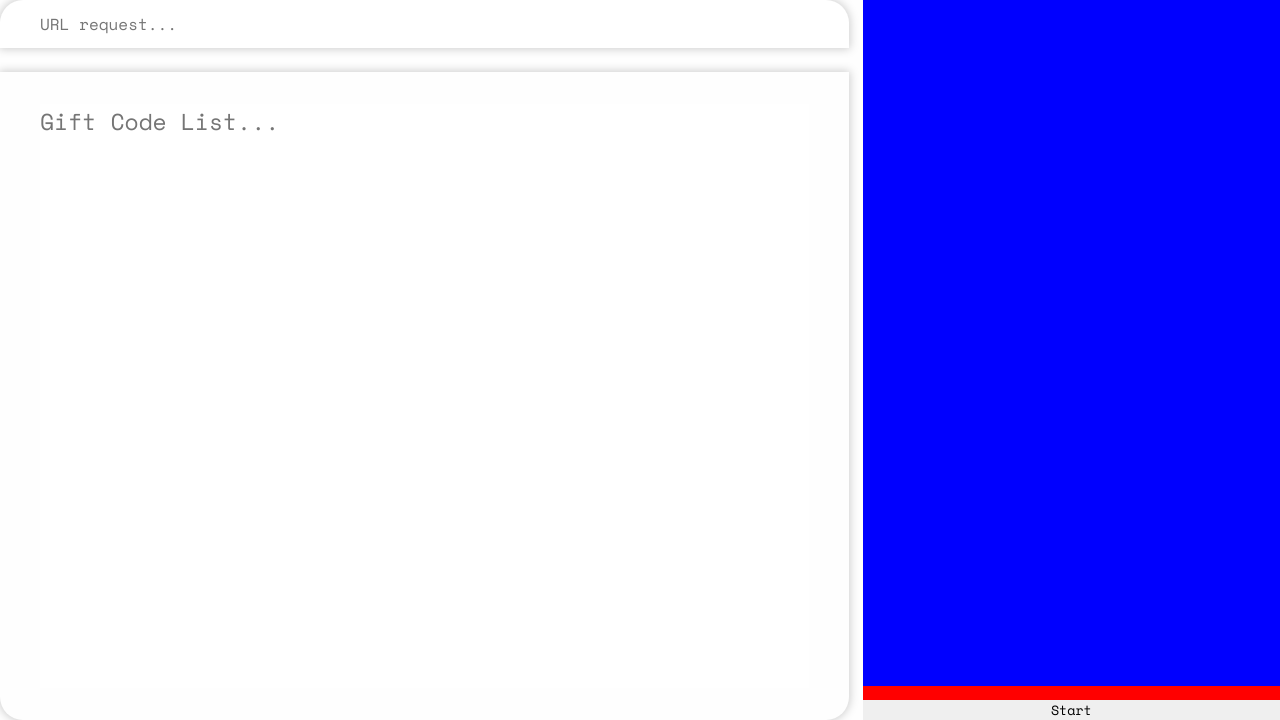
Repository: 777hanh777hanh/test
Page: index.html
The author's editor kept a copy of each file at every save. The page is drawn from the files as they stood at one save, then again after the next save.
The browser window is 1280 px wide. The pictures show the whole page.

Above is the page before, as saved 2023-06-30 17:26:24.

After the next save:
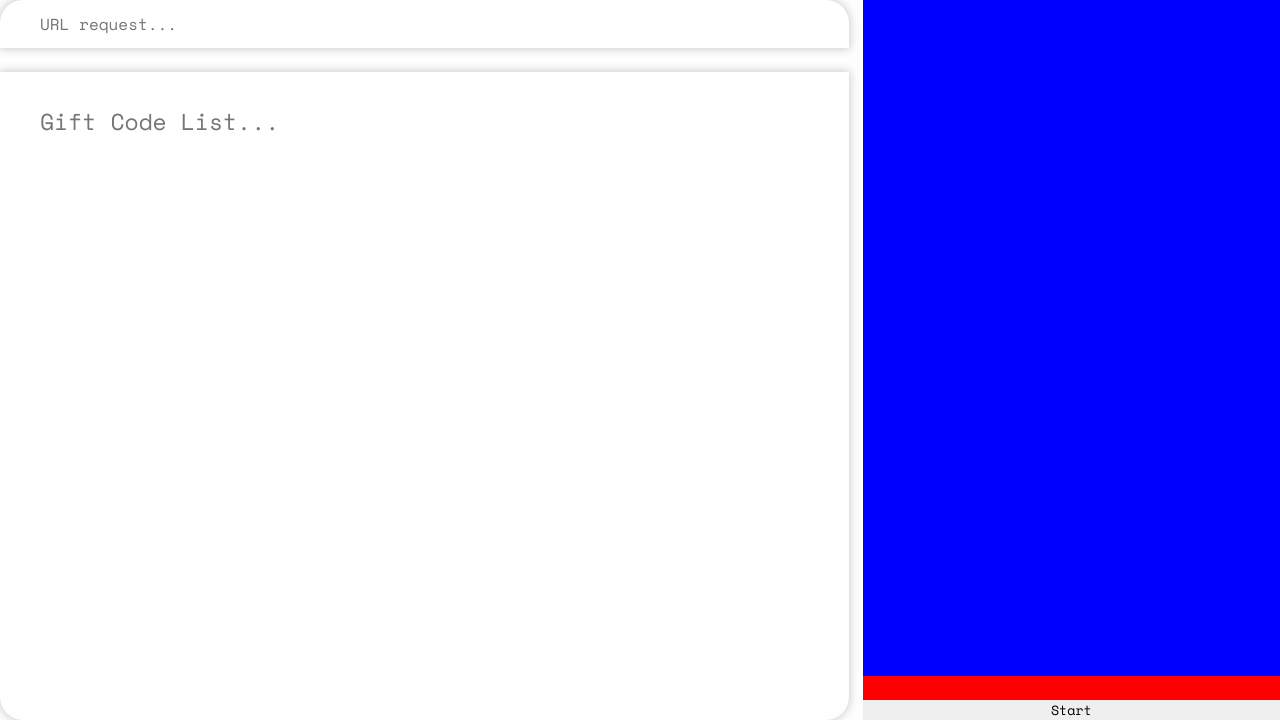
Saved 6 s later.
--- a/assets/css/style.css
+++ b/assets/css/style.css
@@ -85,7 +85,7 @@
     display: flex;
     flex-direction: column;
     background: red;
-    row-gap: 14px;
+    row-gap: 24px;
 }
 
 .result {

After the save that followed:
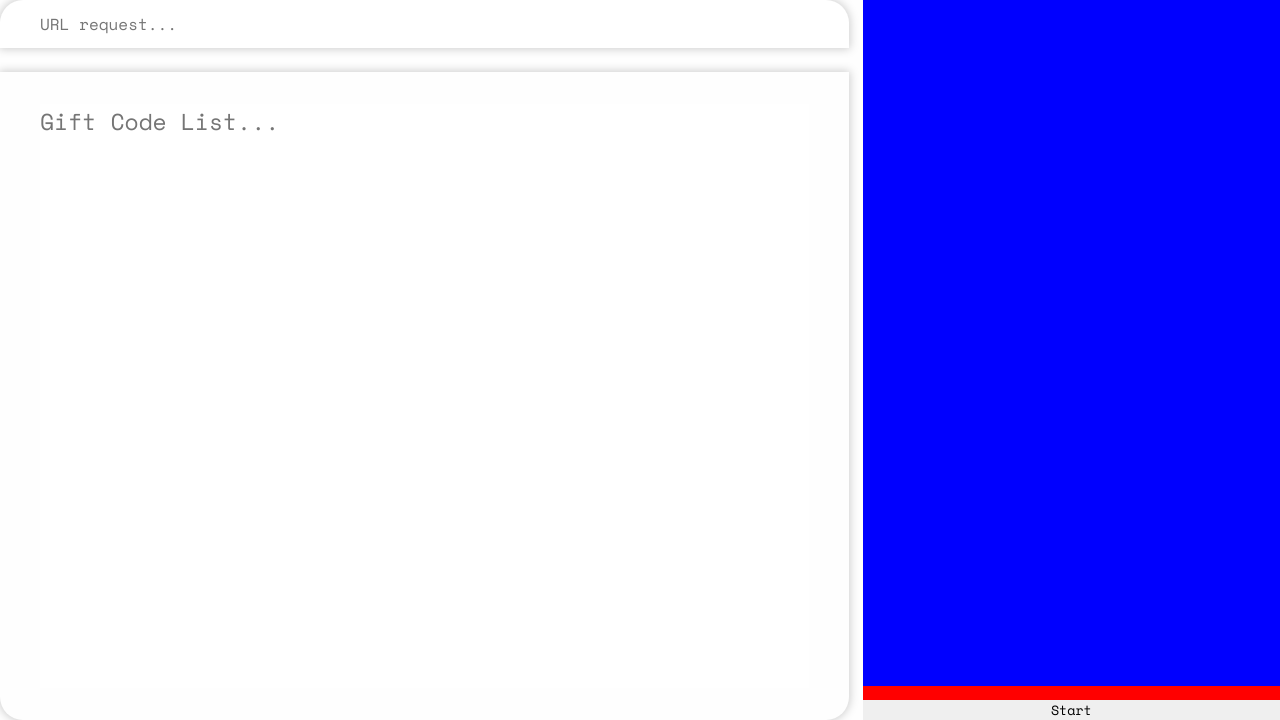
Saved 10 s later.
--- a/assets/css/style.css
+++ b/assets/css/style.css
@@ -85,7 +85,7 @@
     display: flex;
     flex-direction: column;
     background: red;
-    row-gap: 24px;
+    row-gap: 14px;
 }
 
 .result {
